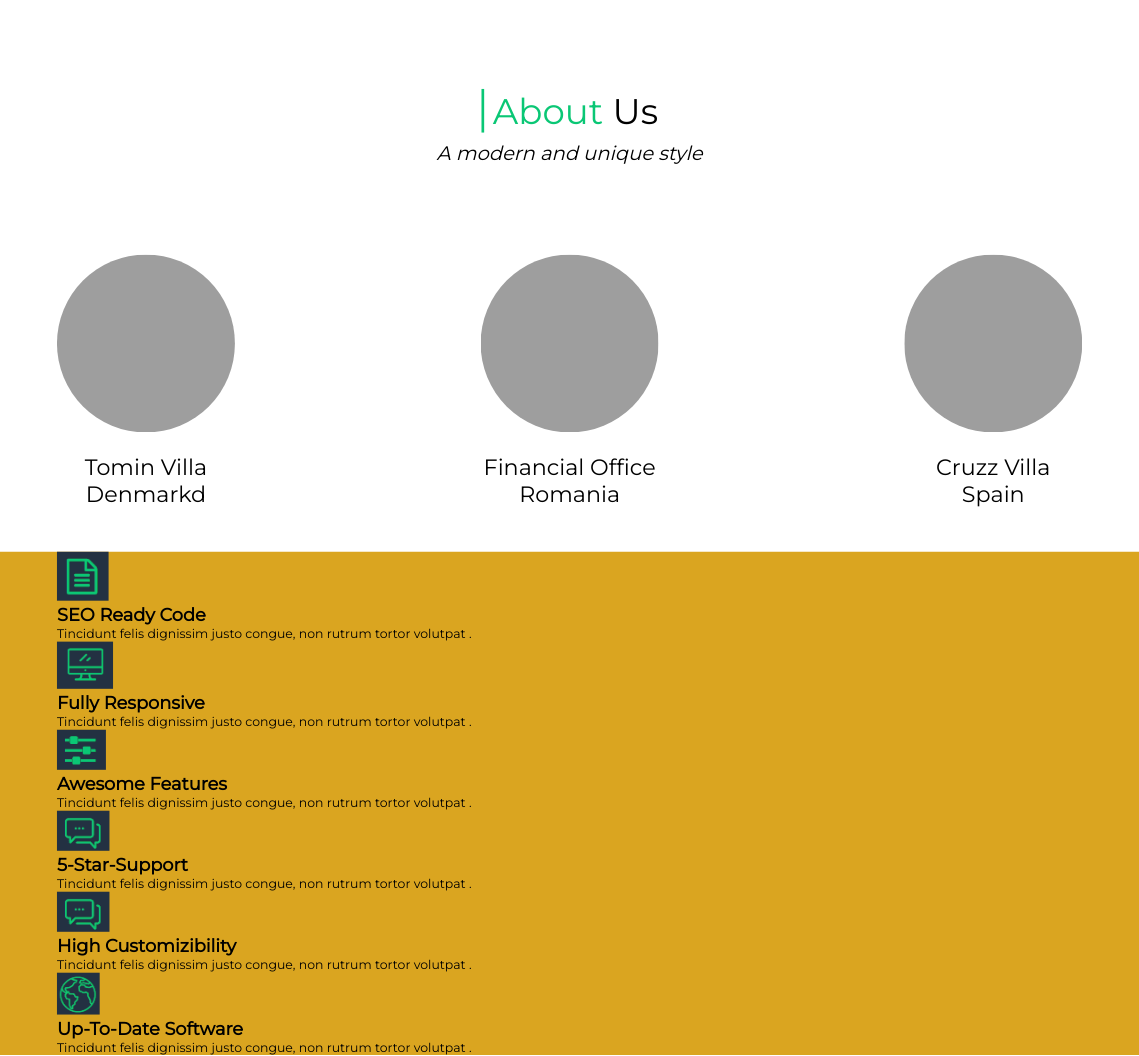
Repository: Yowani24/Real-Estate2
Page: index.html
The author's editor kept a copy of each file at every save. The page is drawn from the files as they stood at one save, then again after the next save.
The browser window is 1280 px wide. The pictures show the part of the page from y = 755 to 1941 px (the page is 1941 px tall), at 89% of full size.
Pictures or frames that could not be fetched are drawn as grey boxes. Some web fonts or font styles are not loaded; a fallback is used.

Above is the page before, as saved 2021-08-27 14:22:33.

### index.html
<!DOCTYPE html>
<html lang="en">
<head>
    <meta charset="UTF-8">
    <meta http-equiv="X-UA-Compatible" content="IE=edge">
    <meta name="viewport" content="width=device-width, initial-scale=1.0">
    <title>Real State</title>
    <link rel="stylesheet" href="styles.css">

    <!-- ============FONT-FAMILY============== -->
    <link rel="preconnect" href="https://fonts.googleapis.com">
    <link rel="preconnect" href="https://fonts.gstatic.com" crossorigin>
    <link href="https://fonts.googleapis.com/css2?family=Montserrat&family=Rozha+One&display=swap" rel="stylesheet">

    <!-- ======================VUELS CDN=================== -->
    <script src="https://cdn.jsdelivr.net/npm/vue@2"></script>

</head>
<body>
    <Header>
        <div class="interface_wrapper header_wrapper">
            <div class="logo_box">
                <img src="/images/realLogo.png" alt="">
                <p><span>Real</span> Estate</p>
            </div>

            <div class="menu">
                <nav>
                    <ul>
                        <li><a href="#">Home</a></li>
                        <li><a href="#">About</a></li>
                        <li><a href="#">Agents</a></li>
                        <li><a href="#">Price</a></li>
                        <li><a href="#">Blog</a></li>
                    </ul>
                </nav>
            </div>
        </div>
    </Header>

    <section class="showcase_sec">
        <div class="interface_wrapper showcase">
            <p>Give Life For Your <br/>Dream <span>Home</span></p>
            <p>Always on the lookout for the hi-tech advancements.  Build not only a product that can sell well, but a platform through which to deliver it.</p>

            <div class="btns_box">
                <button>Read more</button>
                <button>Contact Us</button>
            </div>
        </div>
    </section>

    <section class="about_us_sec">
        <div class="interface_wrapper about_us">
            <p><span>About</span> Us</p>
            <p>A modern and unique style </p>

            <div id="app">
                <div v-for="item in items">
                    <img :src="item.ima" alt="">
                    <p>{{item.desc}}</p>
                </div>
            </div>
        </div>
    </section>

    <section class="services_sec">
        <div id="services" class="interface_wrapper services">
            <div class="services_box" v-for="item in items">
                <img :src="item.ima" alt="">
                <div>
                    <h2>{{item.titulo}}</h2>
                    <p>{{item.desc}}</p>
                </div>
            </div>
        </div>
    </section>

    <script>
        var app = new Vue({
            el: '#app',
            data: {
                items: [
                    {ima:'https://images.unsplash.com/photo-1583231684537-bd79dc887244?ixlib=rb-1.2.1&ixid=MnwxMjA3fDB8MHxwaG90by1yZWxhdGVkfDZ8fHxlbnwwfHx8fA%3D%3D&auto=format&fit=crop&w=500&q=60', desc:'Tomin Villa Denmarkd'},
                    {ima:'https://images.unsplash.com/photo-1613490493576-7fde63acd811?ixlib=rb-1.2.1&ixid=MnwxMjA3fDB8MHxwaG90by1yZWxhdGVkfDV8fHxlbnwwfHx8fA%3D%3D&auto=format&fit=crop&w=500&q=60', desc:'Financial Office Romania'},
                    {ima:'https://images.unsplash.com/photo-1416331108676-a22ccb276e35?ixlib=rb-1.2.1&ixid=MnwxMjA3fDB8MHxwaG90by1yZWxhdGVkfDJ8fHxlbnwwfHx8fA%3D%3D&auto=format&fit=crop&w=500&q=60', desc:'Cruzz Villa Spain'},
                ]
            }
        });

        var app = new Vue({
            el: '#services',
            data: {
                items: [
                    {ima:'/images/SEO_Ready_Code.png', titulo:'SEO Ready Code', desc:'Tincidunt felis dignissim justo congue, non rutrum tortor volutpat .'},
                    {ima:'/images/Fully_Responsive.png', titulo:'Fully Responsive', desc:'Tincidunt felis dignissim justo congue, non rutrum tortor volutpat .'},
                    {ima:'/images/Awesome_Features.png', titulo:'Awesome Features', desc:'Tincidunt felis dignissim justo congue, non rutrum tortor volutpat .'},
                    {ima:'/images/5-Star-Support.png', titulo:'5-Star-Support', desc:'Tincidunt felis dignissim justo congue, non rutrum tortor volutpat .'},
                    {ima:'/images/5-Star-Support.png', titulo:'High Customizibility', desc:'Tincidunt felis dignissim justo congue, non rutrum tortor volutpat .'},
                    {ima:'/images/Up-To-Date Software.png', titulo:'Up-To-Date Software', desc:'Tincidunt felis dignissim justo congue, non rutrum tortor volutpat .'},

                ]
            }
        });

    </script>
</body>
</html>

### styles.css
*{
    margin: 0;
}

body{
    padding: 0;
    top: 0;
    left: 0;
    font-family: 'Montserrat', sans-serif;
}
.interface_wrapper{
    width: 90%;
    margin: 0 auto;
}

/* ======================HEADER======================= */
Header{
    background: rgb(5, 70, 66);
    color: #FFFFFF;
    padding: 10px 0;

}
.header_wrapper{
    display: flex;
    justify-content: space-between;
    align-items:center;
}
.logo_box{
    display: flex;
    align-items: center;
}
.logo_box p{
    font-size: 40px;
    font-weight: 400;
    font-family: 'Rozha One', serif;

}
.logo_box span{
    color: rgb(10, 199, 117);
}
Header .menu nav ul{
    display: flex;
    padding: 0;
}
Header .menu nav li{
    list-style: none;
    margin: 0 20px;
}
Header .menu nav a{
    text-decoration: none;
    color: #FFFFFF;
    font-size: 19px;

}

/* ======================SHOWCASE_SECTION======================= */
.showcase_sec{
    padding-top: 150px;
    padding-bottom: 100px;
    background-image: url('https://images.unsplash.com/photo-1544890603-cf0ce2d65561?ixlib=rb-1.2.1&ixid=MnwxMjA3fDB8MHxwaG90by1wYWdlfHx8fGVufDB8fHx8&auto=format&fit=crop&w=750&q=80');
    background-repeat: no-repeat;
    background-position: center;
    background-size: cover;
}
.showcase p:nth-child(1) {
    font-size: 85px;
    font-family: 'Rozha One', serif;
    width: 800px;
    border-left: 3px solid rgb(10, 199, 117);
    padding-left: 10px;
    line-height: 1;
    margin: 0 auto;
    color: #FFFFFF;

}
.showcase p:nth-child(1) span {
    color: rgb(10, 199, 117);
}

.showcase p:nth-child(2) {
    font-size: 16px;
    color: rgb(255, 255, 255);
    width: 650px;
    line-height: 2;
    margin-top: 75px;
}

.btns_box{
    margin-top: 40px;
}
.btns_box button {
    border: 2px solid rgb(10, 199, 117);
    padding: 0 45px;
    height: 55px;
    font-size: 16px;
    border-radius: 50px;
    font-weight: 500;
    color: #FFFFFF;
    line-height: 19px;
    cursor: pointer;
}

.btns_box button:nth-child(1) {
    background: rgb(10, 199, 117);
}
.showcase button:nth-child(2) {
    color:#FFFFFF;
    margin-left: 10px;
    background: none;
}


/* ======================ABOUT US======================= */
.about_us_sec{
    padding-bottom: 50px;
}
.about_us {
    display: flex;
    flex-direction: column;
}
.about_us p:nth-child(1) {
    font-size: 40px;
    border-left: 3px solid rgb(10, 199, 117);
    padding-left: 10px;
    margin: 0 auto;
    margin-top: 100px;
    margin-bottom: 10px;

}
.about_us p:nth-child(1) span {
    color: rgb(10, 199, 117);
}

.about_us p:nth-child(2) {
    font-size: 22px;
    font-style: italic;
    text-align: center;
    margin-bottom: 100px;
}

#app{
    display: flex;
    align-items: center;
    justify-content: space-between;
    width: 100%;
}
#app img{
    width: 200px;
    height: 200px;
    border-radius:100%;
}
#app p{
    text-align: center;
    font-size: 25px;
    width: 200px;
    margin: 0 auto;
    margin-top: 20px;
    font-style: normal;
}


/* ======================SERVICES======================= */

.services_sec{
    background: goldenrod;
}
.services_box h2{
    font-size: 20px;
}
.services_box p{
    font-size: 14px;
}

After the next save:
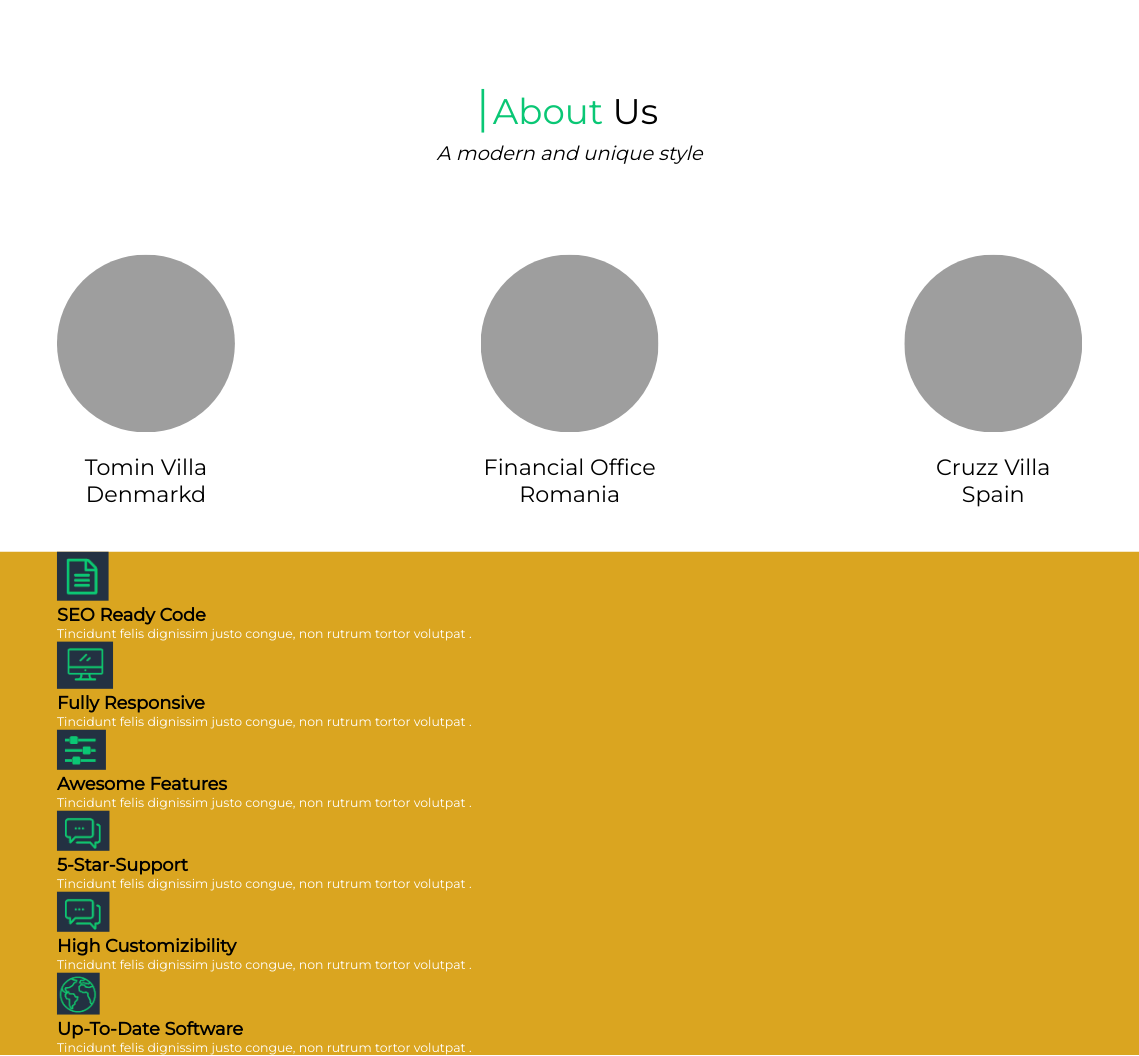
Saved 27 s later.
--- a/styles.css
+++ b/styles.css
@@ -169,4 +169,5 @@ Header .menu nav a{
 }
 .services_box p{
     font-size: 14px;
+    color: rgb(255, 255, 255);
 }
